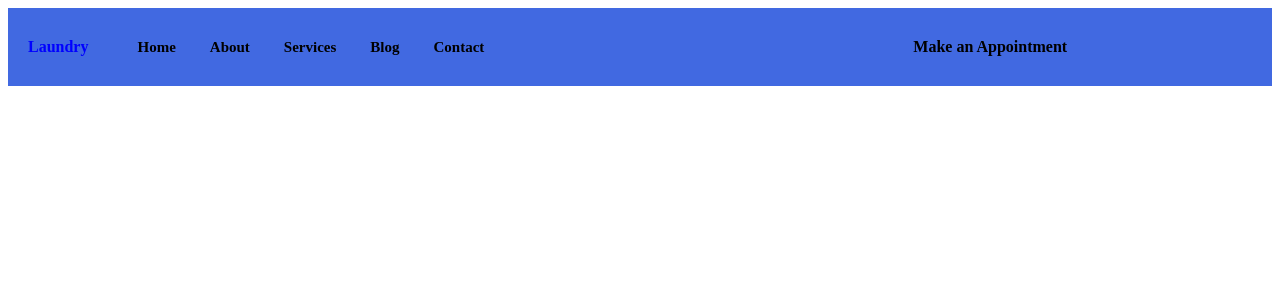
Repository: Tobby004/BDC-Assignment-4
Page: index.html
The author's editor kept a copy of each file at every save. The page is drawn from the files as they stood at one save, then again after the next save.
The browser window is 1280 px wide. The pictures show the whole page.

Above is the page before, as saved 2023-03-08 04:23:37.

### index.html
<!DOCTYPE html>
<html lang="en">
<head>
    <meta charset="UTF-8">
    <meta http-equiv="X-UA-Compatible" content="IE=edge">
    <meta name="viewport" content="width=device-width, initial-scale=1.0">
    <title>template</title>
    <link rel="stylesheet" href="task.css">
</head>
<body>
    <div class="navbar">
    <ul>
        <b>Laundry</b>
        <li><a href="#">Home</a></li>
        <li><a href="#">About</a></li>
        <li><a href="#">Services</a></li>
        <li><a href="#">Blog</a></li>
        <li><a href="#">Contact</a></li>
       <li><b>Make an Appointment</b></li>
    </ul>
    </div>
</body>
</html>

### task.css
* {
    box-sizing: border-box;
}
body {
    background-color: #ffff;
}
.navbar ul {
 margin: auto;
 background-color: royalblue;
 padding: 20px;
}
.navbar li {
    display: inline-block;
}
.navbar b {
    margin-right: 30px;
    color: blue;
}
.navbar a {
    text-decoration: none;
    padding: 15px;
    color: black;
    font-size: 15px;
    font-weight: bold;
    font-family: 'Times New Roman', Times, serif;
}
.navbar li b {
    color: black;
    display: inline-block;
    padding: 10px;
    margin-left: 400px;
}

After the next save:
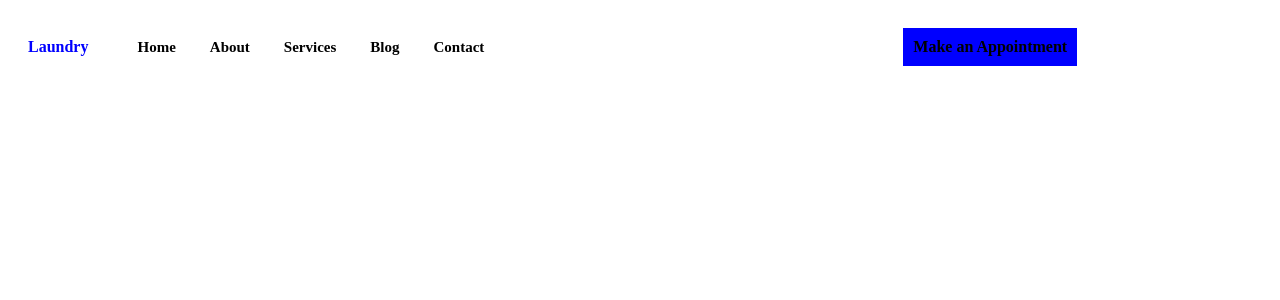
Saved 50 s later.
--- a/task.css
+++ b/task.css
@@ -6,7 +6,7 @@ body {
 }
 .navbar ul {
  margin: auto;
- background-color: royalblue;
+ background-color: white;
  padding: 20px;
 }
 .navbar li {
@@ -28,5 +28,6 @@ body {
     color: black;
     display: inline-block;
     padding: 10px;
+    background-color: blue;
     margin-left: 400px;
 }
